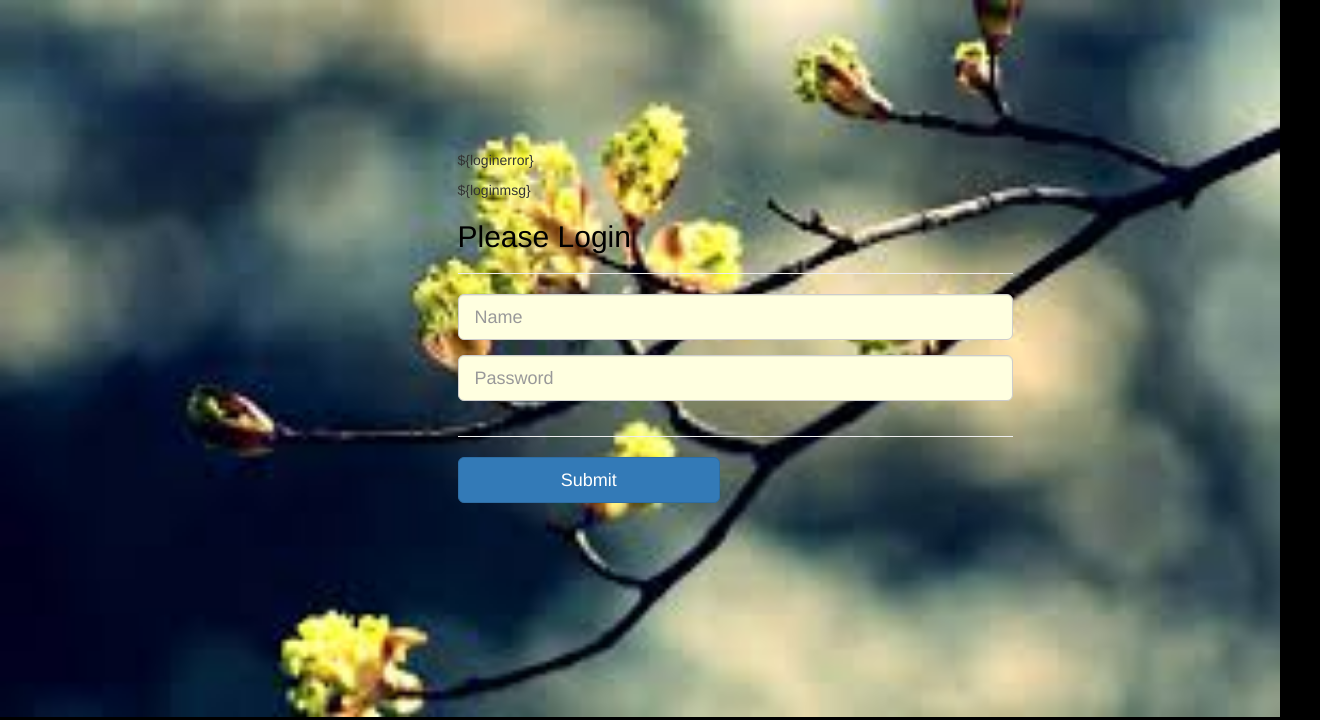
Repository: 123poornima/UpdatedSecondProject
Page: frontendPro/WebContent/_user/login.html
An editor plug-in stored every save of this project. The page is shown before and after the next save, followed by the edit.
The browser window is 1280 px wide. The page is 1320 px wide, so the pictures cover 1320 px, including what lies to the right of the window. The pictures show the whole page.

Above is the page before, as saved 2017-01-10 04:24:51.

### frontendPro/WebContent/_user/login.html
<!DOCTYPE html>
<html>
<head>
<meta charset="ISO-8859-1">
<link rel="stylesheet" href="http://maxcdn.bootstrapcdn.com/bootstrap/3.3.7/css/bootstrap.min.css">

<!-- jQuery library -->
<script src="https://ajax.googleapis.com/ajax/libs/jquery/1.12.4/jquery.min.js"></script>

<!-- Latest compiled JavaScript -->
<script src="http://maxcdn.bootstrapcdn.com/bootstrap/3.3.7/js/bootstrap.min.js"></script>
<title>Insert title here</title>
<style>
body{
background-image: url(resources/images/secpro4.jpg);
background-size:     cover;
    background-repeat:   no-repeat;
    background-color:black;
 }
</style>
</head>
<body>
<div class="container" style="align:center; margin: 150px 0px 0px 150px">
   <div class="row">
    <div class="col-xs-12 col-sm-8 col-md-6 col-sm-offset-4 col-md-offset-3">

    <form  action="<c:url value='j_spring_security_check'/>"  method="POST" role="form">
       <c:if test="${not empty loginerror}">
       <p class="loginerror" >${loginerror}</p>
       </c:if>

       <c:if test="${not empty loginmsg}">
       <p class="loginmsg" >${loginmsg}</p>
       </c:if>
          <h2 style="color:#000000">Please Login</h2>
	     <hr class="colorgraph">
        <div class="row">
				<div class="col-sm-12 ">
					<div class="form-group">
						<input style="background-color:#FFFFE0" type="text"  name="username" id="name" class="form-control input-lg" placeholder="Name" tabindex="1" />
					</div>
				</div>


			</div>
			 <div class="row">
				<div class="col-xs-12">
					<div class="form-group">
						<input style="background-color:#FFFFE0" type="password"  name="password" id="password" class="form-control input-lg" placeholder="Password" tabindex="2" />
					</div>
				</div>


			</div>
			<hr class="colorgraph">
 			<div class="row">
				<div class="col-xs-12 col-md-6"><input type="submit" value="Submit" class="btn btn-primary btn-block btn-lg" tabindex="7"></div>

			</div>
			</form>
			</div>
</body>
</html>

After the next save:
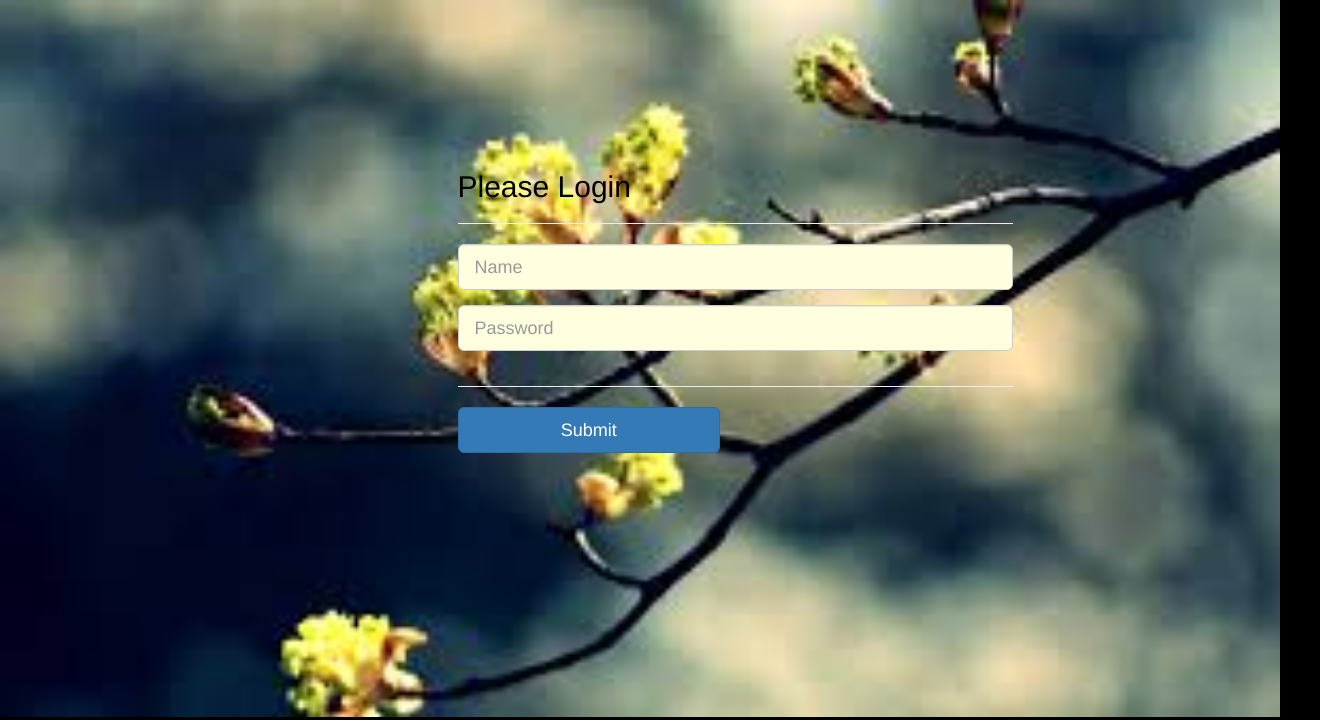
Saved 17 s later.
--- a/frontendPro/WebContent/_user/login.html
+++ b/frontendPro/WebContent/_user/login.html
@@ -24,14 +24,7 @@ background-size:     cover;
    <div class="row">
     <div class="col-xs-12 col-sm-8 col-md-6 col-sm-offset-4 col-md-offset-3">
 
-    <form  action="<c:url value='j_spring_security_check'/>"  method="POST" role="form">
-       <c:if test="${not empty loginerror}">
-       <p class="loginerror" >${loginerror}</p>
-       </c:if>
 
-       <c:if test="${not empty loginmsg}">
-       <p class="loginmsg" >${loginmsg}</p>
-       </c:if>
           <h2 style="color:#000000">Please Login</h2>
 	     <hr class="colorgraph">
         <div class="row">
